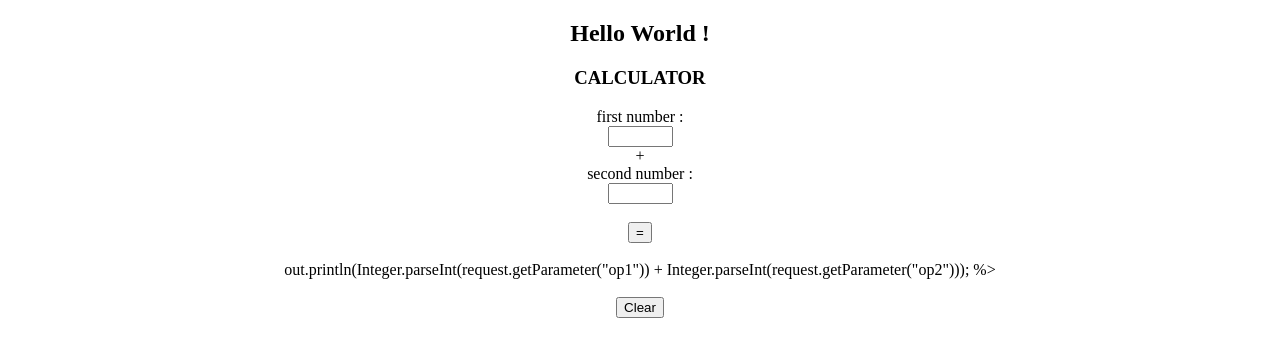
Repository: icecreamfrappe/workspacetest
Page: http://localhost/BubbleBee/WEB-INF/views/helloworld.jsp
The author's editor kept a copy of each file at every save. The page is drawn from the files as they stood at one save, then again after the next save.
The browser window is 1280 px wide. The pictures show the whole page.
The page is served by Tomcat 9. Nobody is signed in. The template is opened directly, without the code that normally fills it, so the values that code supplies are empty.

Above is the page before, as saved 2015-06-11 04:26:19.

After the next save:
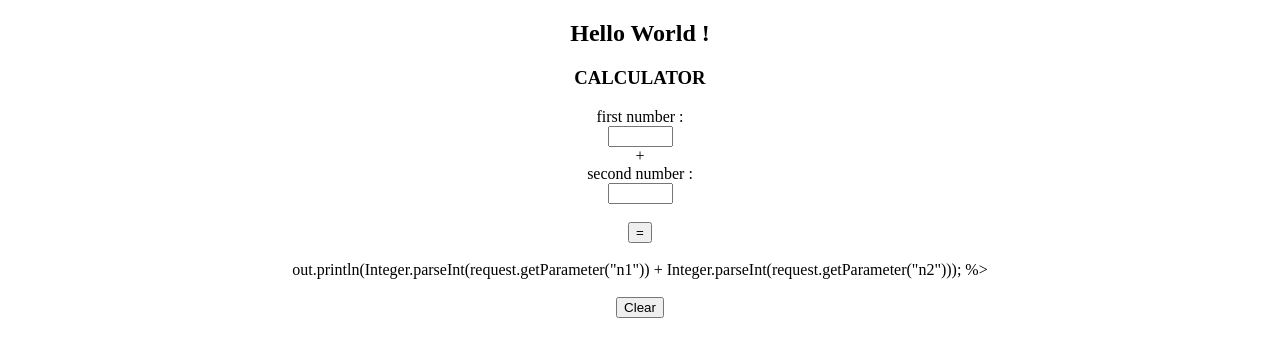
Saved 17 s later.
--- a/BubbleBee/src/main/webapp/WEB-INF/views/helloworld.jsp
+++ b/BubbleBee/src/main/webapp/WEB-INF/views/helloworld.jsp
@@ -32,8 +32,8 @@
              	<%Integer.parseInt(n1)+Integer.parseInt(n2) %>
              	<INPUT TYPE="TEXT" NAME="submit" VALUE="">
              	<% --%>
-                out.println(Integer.parseInt(request.getParameter("op1")) +
-                    Integer.parseInt(request.getParameter("op2")));
+                out.println(Integer.parseInt(request.getParameter("n1")) +
+                    Integer.parseInt(request.getParameter("n2")));
                 %>
              	<BR>
                 <BR>
